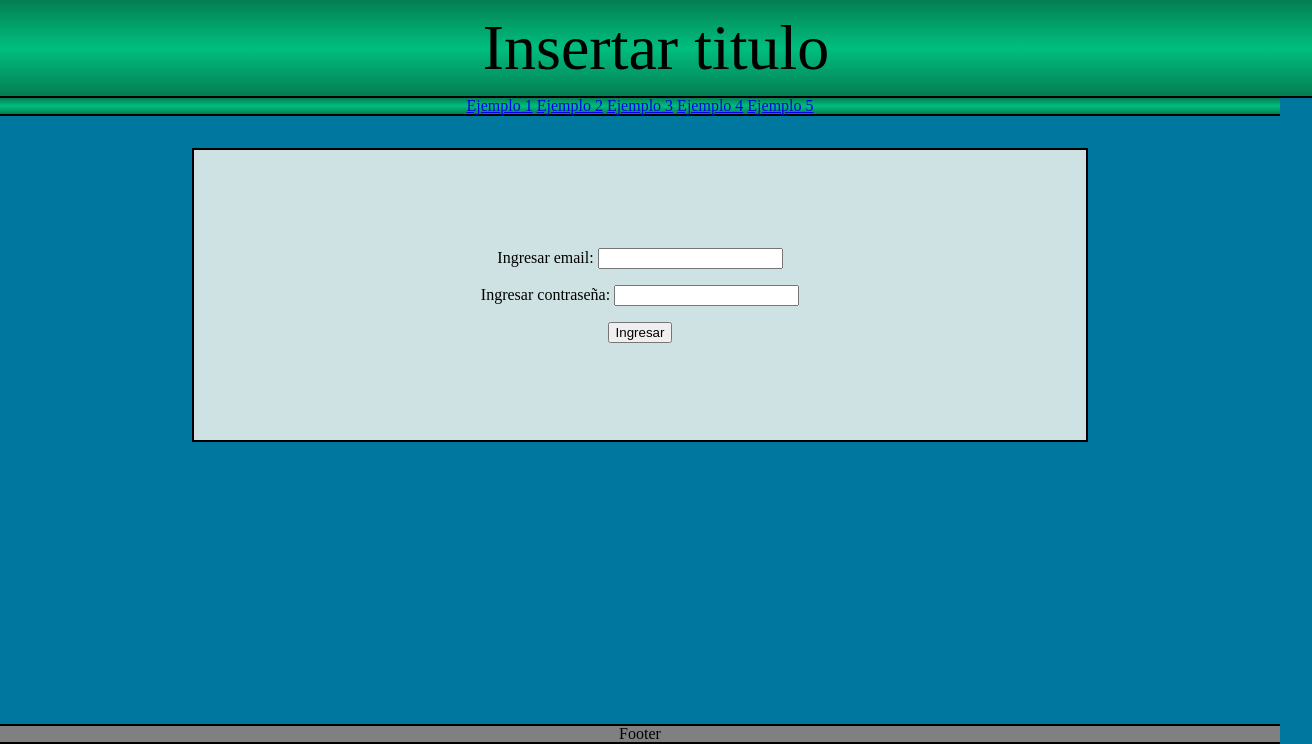
Repository: FacundoKinderknecht/Parcial-2-LPPA
Page: login/login.html
These files come from the project's save history. The page is drawn as it stood at one moment and after the next save; the edit follows.
The browser window is 1280 px wide. The page is 1312 px wide, so the pictures cover 1312 px, including what lies to the right of the window. The pictures show the whole page.

Above is the page before, as saved 2022-07-06 10:31:44.

### login/login.html
<!DOCTYPE html>
<html lang="en">
<head>
    <meta charset="UTF-8">
    <meta http-equiv="X-UA-Compatible" content="IE=edge">
    <meta name="viewport" content="width=device-width, initial-scale=1.0">
    <title>Document</title>
    <link rel="stylesheet" href="/reset.css">
    <link rel="stylesheet" href="/login/login.css">
    <script src="/login/login.js"></script>
</head>
<body>
    <header>
        <h1>Insertar titulo</h1>
    </header>
    <nav>
        <li>
            <a href="#">Ejemplo 1</a>
            <a href="#">Ejemplo 2</a>
            <a href="#">Ejemplo 3</a>
            <a href="#">Ejemplo 4</a>
            <a href="#">Ejemplo 5</a>
        </li>
    </nav>
    <main>
        <form>
            <div class="email">
                <label for="email">Ingresar email:</label>
                <input type="text" name="email" id="email">
            </div>
            <div class="contraseña">
                <label for="contraseña">Ingresar contraseña:</label>
                <input type="password" name="contraseña" id="contraseña">
            </div>
            <div class="boton">
                <input type="submit" value="Ingresar">
            </div>
        </form>
    </main>
    <footer>
        <p>Footer</p>
    </footer>
</body>
</html>

### login/login.css
header{
    width: 100%;
    border-bottom: black 2px solid;
    padding: 1rem;
    font-size: 400%;
    background: linear-gradient(to top, rgb(4, 126, 83), rgb(0, 190, 126), rgb(4, 126, 83));
}
nav{
    background: linear-gradient(to top, rgb(4, 126, 83), rgb(0, 190, 126), rgb(4, 126, 83));
    display: block;
    border-bottom: black 2px solid;
    text-decoration: none;
}
li{
    text-decoration: none;
    list-style: none;
    color: black;
}
body{
    background-color: rgb(0, 119, 159);
    height: 100%;
    align-items: center;
    text-align: center;
    margin: 0;
}
main{
    display: inline-block;
    width: 70%;
    padding: 2rem;
    height: 34rem;
}
form{
    background-color: rgb(207, 226, 227);  border: black solid 2px;
    padding: 10%;
    height: 30% 60%;
}
div{
    padding: 0.5rem;
}
footer{
    border-top: 2px solid black;
    border-bottom: 2px solid black;
    background-color: grey;
    bottom: 0;
    width: 100%;
}

Loaded but not shown: reset.css (common file); login/login.js (no stored copy; drawn as an empty file)

After the next save:
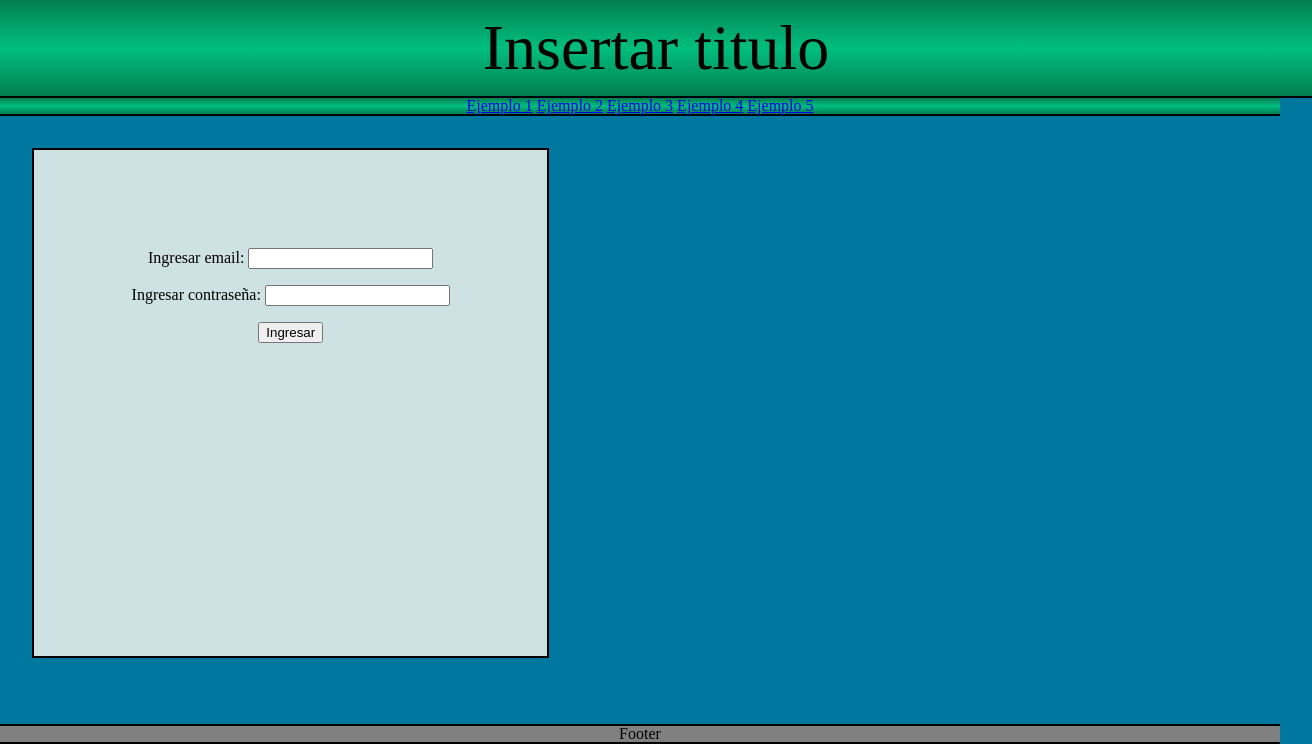
Saved 37 s later.
--- a/login/login.css
+++ b/login/login.css
@@ -24,7 +24,7 @@ body{
     margin: 0;
 }
 main{
-    display: inline-block;
+    display: flex;
     width: 70%;
     padding: 2rem;
     height: 34rem;
@@ -32,7 +32,7 @@ main{
 form{
     background-color: rgb(207, 226, 227);  border: black solid 2px;
     padding: 10%;
-    height: 30% 60%;
+    height: 60%;
 }
 div{
     padding: 0.5rem;
